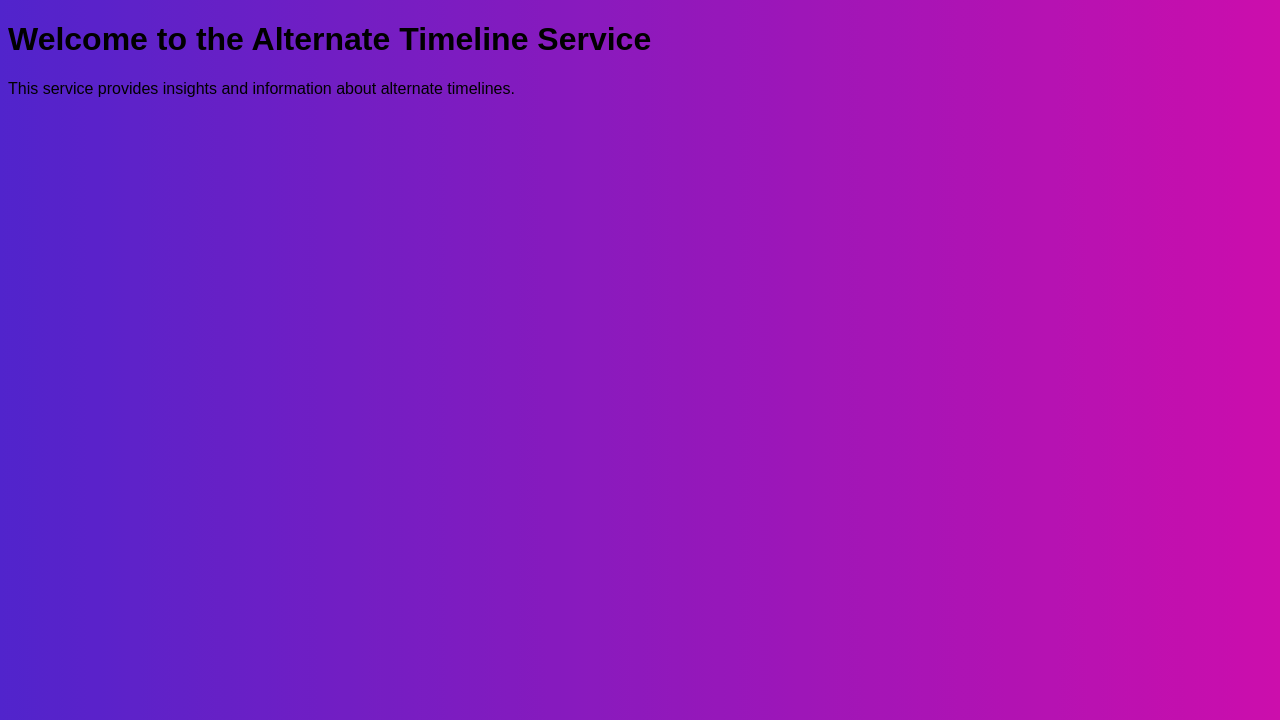
Repository: JovKun/DecisionCraft
Page: service/index.html
The author's editor kept a copy of each file at every save. The page is drawn from the files as they stood at one save, then again after the next save.
The browser window is 1280 px wide. The pictures show the whole page.

Above is the page before, as saved 2026-01-31 12:36:59.

After the next save:
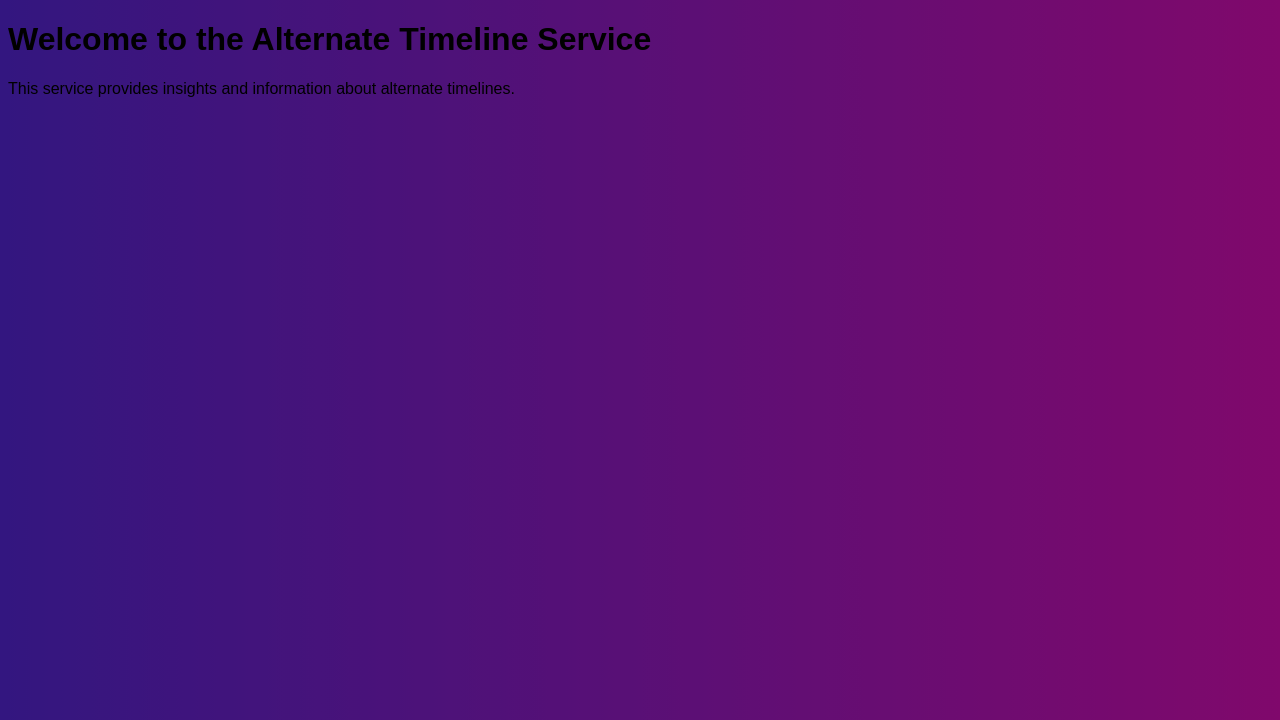
Saved 4 s later.
--- a/service/style.css
+++ b/service/style.css
@@ -1,7 +1,7 @@
 /* style.css */
 html {
     background: linear-gradient(to right, rgb(101, 45, 255), rgb(255, 17, 215));
-    filter: brightness(0.8);
+    filter: brightness(0.5);
     height: 100%;
     margin: 0;
     font-family: Arial, sans-serif;

After the save that followed:
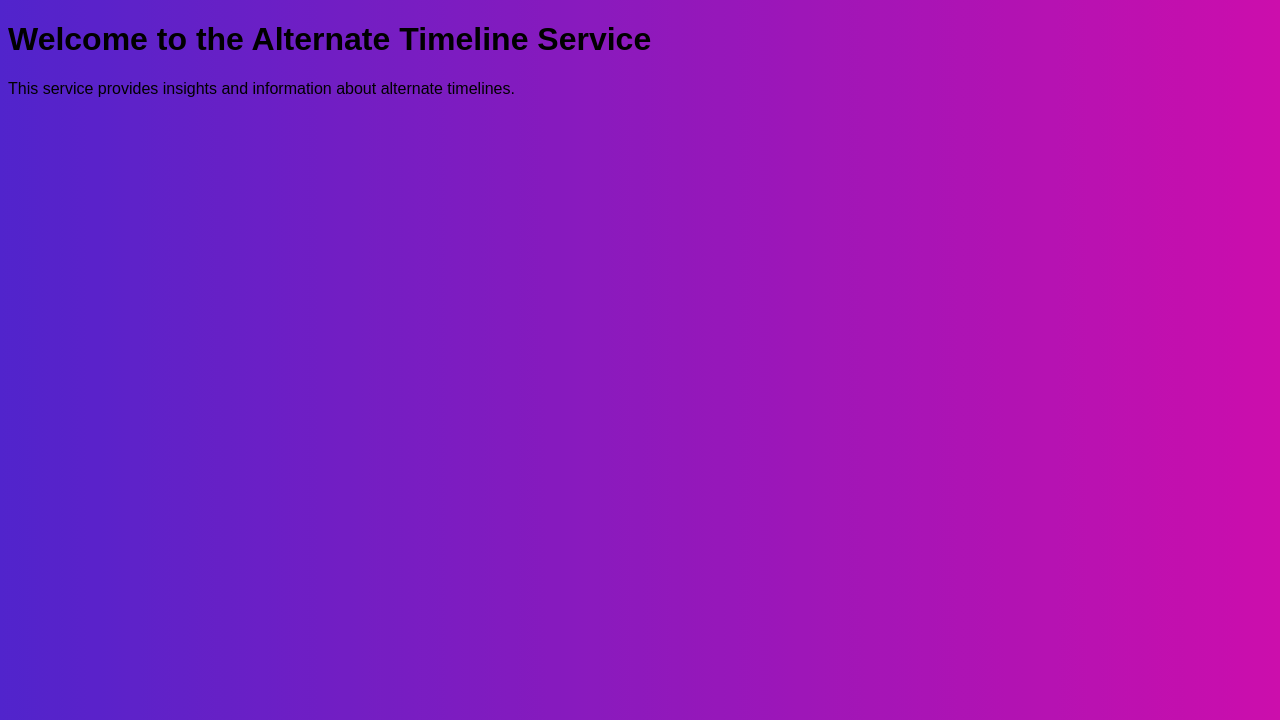
Saved 4 s later.
--- a/service/style.css
+++ b/service/style.css
@@ -1,7 +1,7 @@
 /* style.css */
 html {
     background: linear-gradient(to right, rgb(101, 45, 255), rgb(255, 17, 215));
-    filter: brightness(0.5);
+    filter: brightness(0.8);
     height: 100%;
     margin: 0;
     font-family: Arial, sans-serif;
